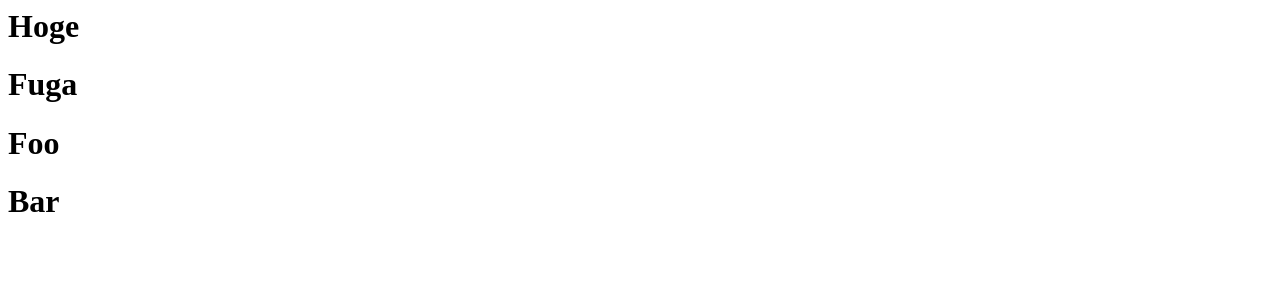
Repository: HosokiTakashi/samurai_HTML-CSS
Page: hoge.html
The author's editor kept a record of every edit. The page is drawn from the files as they stood at one moment, then again after the next edit.
The browser window is 1280 px wide. The pictures show the whole page.

Above is the page before.

### hoge.html
<html lang="ja">
    <head>
        <style>
            #sort {
                display: flex;
            }
        </style>
    </head>
    <body>
        <h1>Hoge</h1>
        <h1>Fuga</h1>
        <h1>Foo</h1>
        <h1>Bar</h1>
    </body>
</html>

After the next edit:
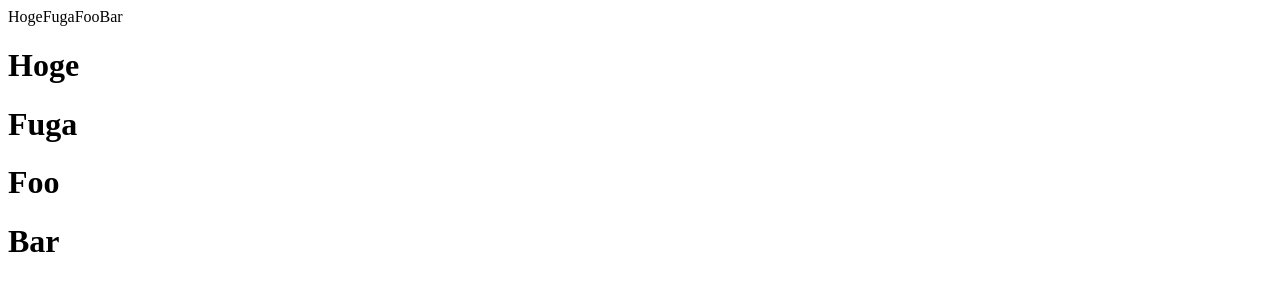
The edit:
--- a/hoge.html
+++ b/hoge.html
@@ -7,6 +7,20 @@
         </style>
     </head>
     <body>
+        <div id="sort">
+            <div>
+                Hoge
+            </div>
+            <div>
+                Fuga
+            </div>
+            <div>
+                Foo
+            </div>
+            <div>
+                Bar
+            </div>
+        </div>
         <h1>Hoge</h1>
         <h1>Fuga</h1>
         <h1>Foo</h1>
